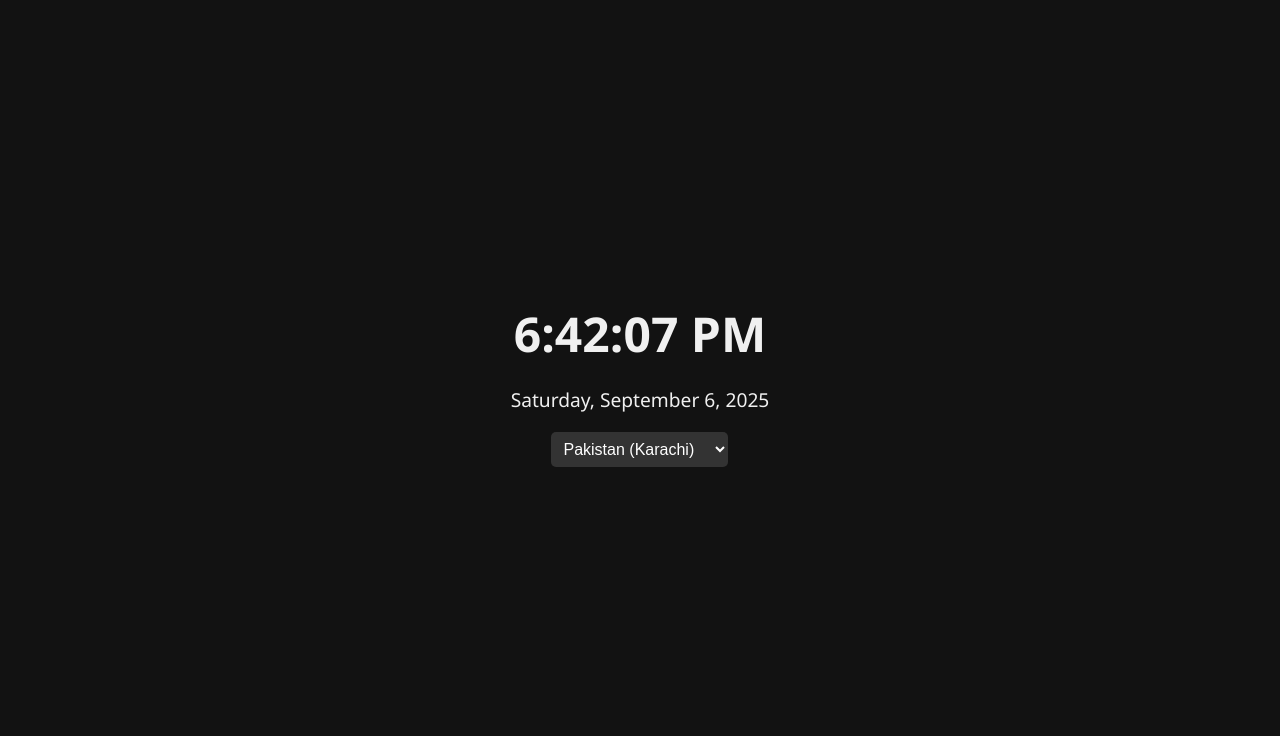
Repository: Rahim-Ullah/hexoforge-bootcamp
Page: phase-2-js-basic/digital-clock.html
The author's editor kept a copy of each file at every save. The page is drawn from the files as they stood at one save, then again after a run of saves.
The browser window is 1280 px wide. The pictures show the whole page.

Above is the page before, as saved 2025-09-10 15:13:01.

### phase-2-js-basic/digital-clock.html
<!DOCTYPE html>
<html lang="en">

<head>
    <meta charset="UTF-8" />
    <meta name="viewport" content="width=device-width, initial-scale=1.0" />
    <title>Digital Clock</title>
    <style>
        body {
            font-family: 'Segoe UI', sans-serif;
            background: #121212;
            color: #f0f0f0;
            display: flex;
            justify-content: center;
            align-items: center;
            height: 100vh;
        }

        .clock-container {
            text-align: center;
        }

        #time {
            font-size: 3em;
            margin-bottom: 0.2em;
        }

        #date {
            font-size: 1.2em;
            margin-bottom: 1em;
        }

        select {
            padding: 0.5em;
            font-size: 1em;
            background: #333;
            color: #fff;
            border: none;
            border-radius: 5px;
        }
    </style>
</head>

<body>
    <div class="clock-container">
        <h1 id="time"></h1>
        <p id="date"></p>
        <select id="timezone">
            <option value="Asia/Karachi">Pakistan (Karachi)</option>
            <option value="Asia/Tokyo">Japan (Tokyo)</option>
            <option value="Europe/London">UK (London)</option>
            <option value="America/New_York">USA (New York)</option>
            <option value="Asia/Kabul">Afghanistan (Kabul)</option>
            <option value="Asia/New-Delhi">India (New_Delhi)</option>
        </select>
    </div>
    <script>
        const timeEl = document.getElementById('time');
        const dateEl = document.getElementById('date');
        const timezoneSelect = document.getElementById('timezone');

        function updateClock() {
            const tz = timezoneSelect.value;
            const now = new Date();

            const optionsTime = {
                hour: 'numeric',
                minute: 'numeric',
                second: 'numeric',
                hour12: true,
                timeZone: tz
            };

            const optionsDate = {
                weekday: 'long',
                year: 'numeric',
                month: 'long',
                day: 'numeric',
                timeZone: tz
            };

            const timeString = new Intl.DateTimeFormat('en-US', optionsTime).format(now);
            const dateString = new Intl.DateTimeFormat('en-US', optionsDate).format(now);

            timeEl.textContent = timeString;
            dateEl.textContent = dateString;
        }

        timezoneSelect.addEventListener('change', updateClock);
        setInterval(updateClock, 1000);
        updateClock(); // Initial call
    </script>
</body>

</html>

After the next 3 saves:
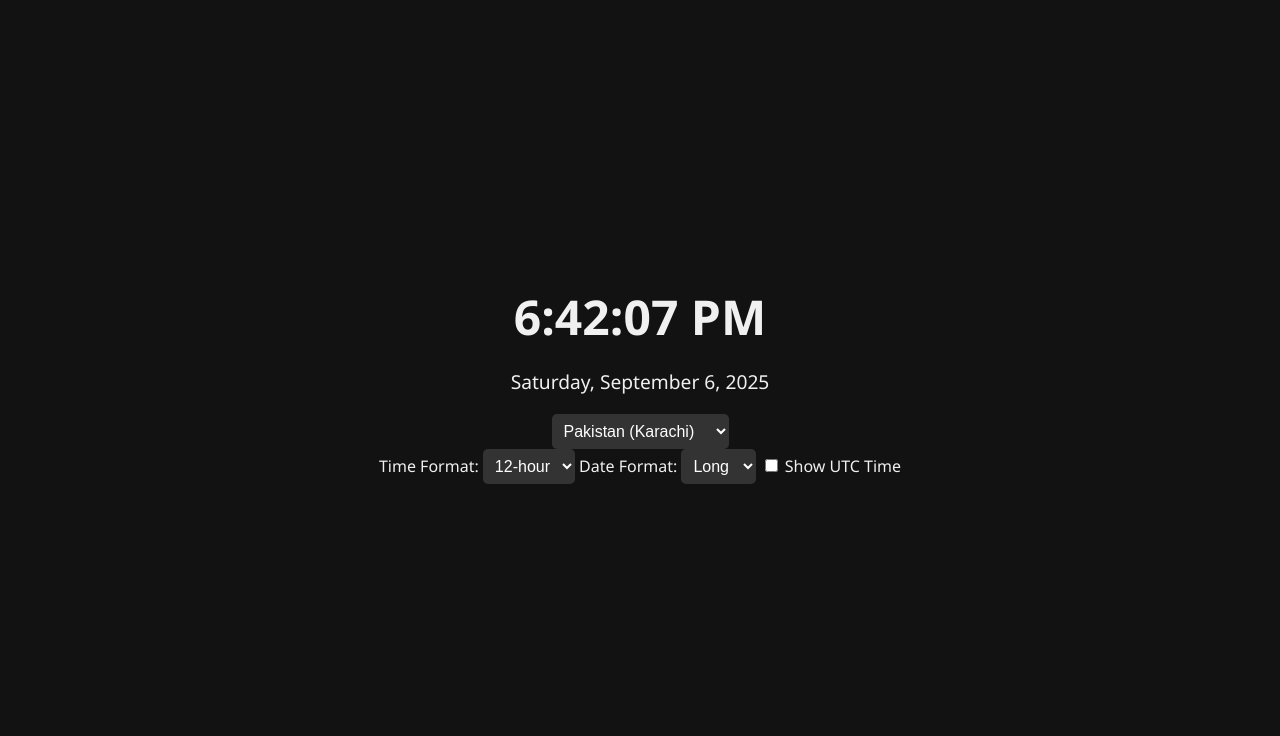
The 3 saves are shown as one change because they came seconds apart.
The last was saved 4 min 42 s later.
--- a/phase-2-js-basic/digital-clock.html
+++ b/phase-2-js-basic/digital-clock.html
@@ -53,6 +53,26 @@
             <option value="Asia/Kabul">Afghanistan (Kabul)</option>
             <option value="Asia/New-Delhi">India (New_Delhi)</option>
         </select>
+        <div class="format-options">
+            <label>Time Format:
+                <select id="timeFormat">
+                    <option value="12">12-hour</option>
+                    <option value="24">24-hour</option>
+                </select>
+            </label>
+
+            <label>Date Format:
+                <select id="dateFormat">
+                    <option value="long">Long</option>
+                    <option value="short">Short</option>
+                </select>
+            </label>
+
+            <label>
+                <input type="checkbox" id="useUTC" />
+                Show UTC Time
+            </label>
+        </div>
     </div>
     <script>
         const timeEl = document.getElementById('time');
